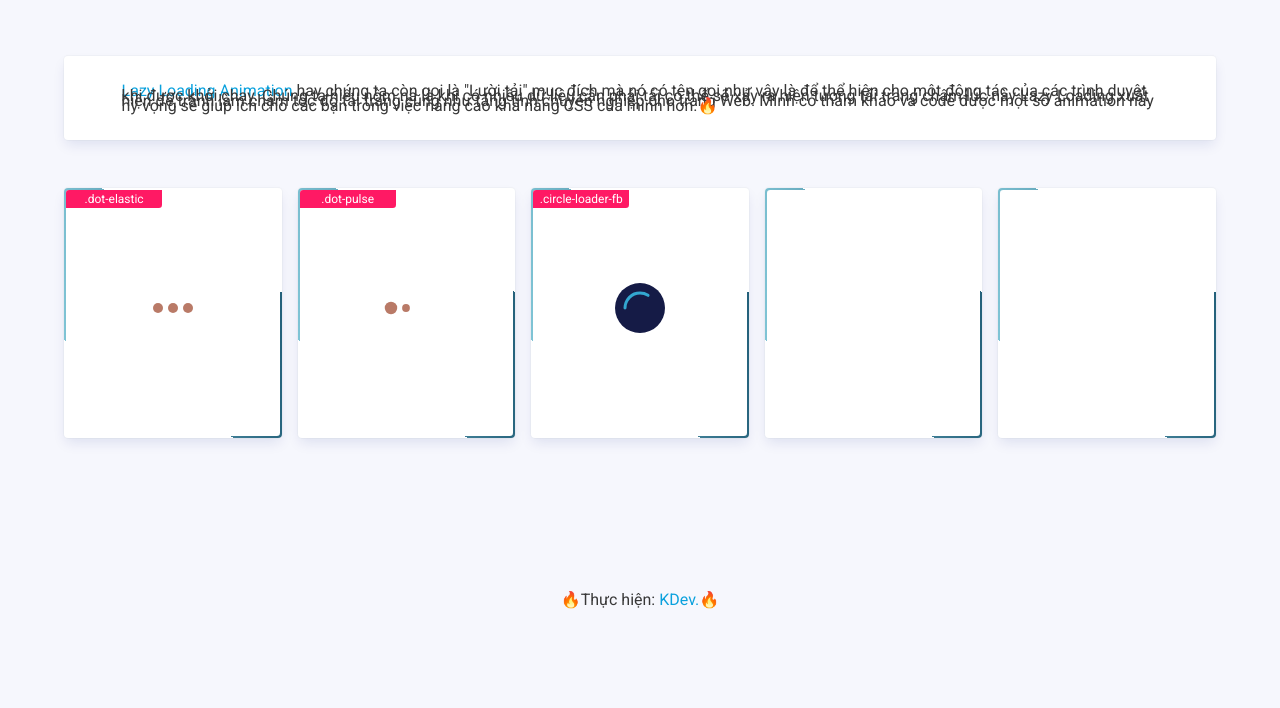
Repository: haokiet2501/lazy-loader-animation
Page: index.html
The author's editor kept a copy of each file at every save. The page is drawn from the files as they stood at one save, then again after the next save.
The browser window is 1280 px wide. The pictures show the whole page.
The style sheet was rebuilt from its Sass, Less or Tailwind sources for each picture, by a compiler version that may differ from the author's.

Above is the page before, as saved 2022-05-07 01:28:49.

After the next save:
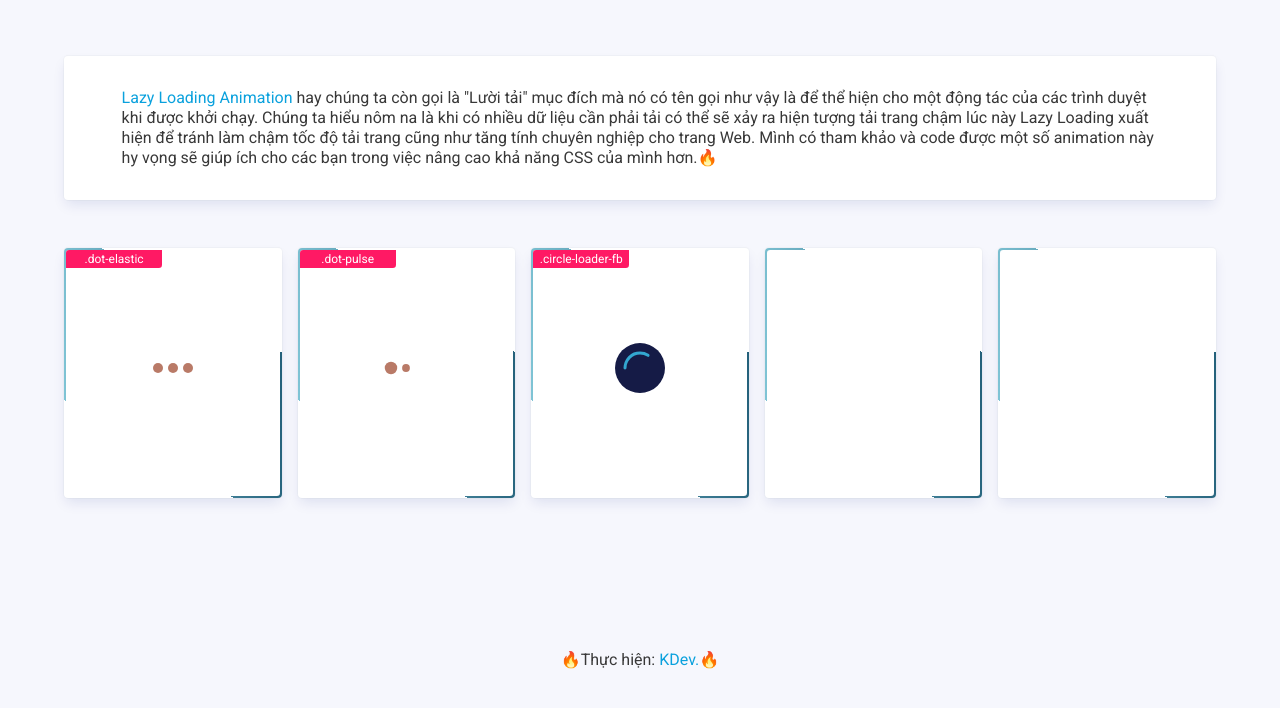
Saved 9 s later.
--- a/sass/styles.scss
+++ b/sass/styles.scss
@@ -13,7 +13,7 @@ $color-text: #383838;
     box-shadow: 0 .4rem .8rem -.1rem rgba(0, 32, 128, .1), 0 0 0 1px #f0f2f7;
     border-radius: .25rem;
     color: $color-text;
-    line-height: 5px;
+    line-height: 20px;
 }
 
 .row {
